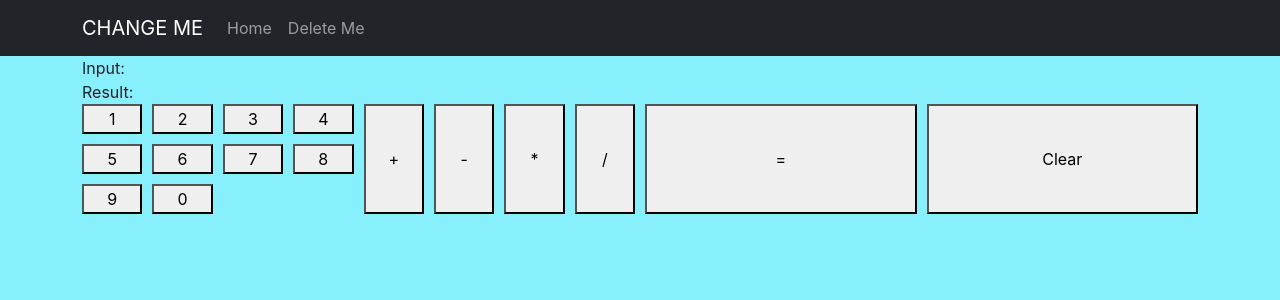
Repository: jgramirez0210/calculator-react
Page: /
An editor plug-in stored every save of this project. The page is shown before and after the next save, followed by the edit.
The browser window is 1280 px wide. The pictures show the whole page.
The project was rebuilt for these pictures with package versions that can differ from the ones it lists, and the page was loaded fresh each time. The framework's server and built-in components were replaced by stand-ins that run in the browser. Also part of the build but not shown: next.config.js.

Above is the page before, as saved 2024-01-09 20:24:13.

### pages/_app.js
/* eslint-disable react/prop-types */
import 'bootstrap/dist/css/bootstrap.min.css';
import NoAuth from '../components/NoAuth'; // TODO: COMMENT OUT FOR AUTH
import '../styles/globals.css';
// import { AuthProvider } from '../utils/context/authContext'; // TODO: COMMENT IN FOR AUTH
// import ViewDirectorBasedOnUserAuthStatus from '../utils/ViewDirector'; // TODO: COMMENT IN FOR AUTH

function MyApp({ Component, pageProps }) {
  return (
    <>
      <NoAuth
        component={Component}
        pageProps={pageProps}
      />

      {/* TODO: Delete NoAuth component above and comment in code below for authentication */}
      {/* <AuthProvider>
        <ViewDirectorBasedOnUserAuthStatus
          // if status is pending === loading
          // if status is logged in === view app
          // if status is logged out === sign in page
          component={Component}
          pageProps={pageProps}
        />
      </AuthProvider> */}
    </>
  );
}

export default MyApp;

### pages/index.js
import React, { useState } from 'react';
import { evaluate } from 'mathjs';

function Calculator() {
  const [input, setInput] = useState('');
  const [result, setResult] = useState(null);

  const handleDigit = (digit) => {
    setInput((prevInput) => prevInput + digit);
  };
  const handleOperation = (operation) => {
    setInput((prevInput) => prevInput + operation);
  };
  const calculateResult = () => {
    try {
      if (/[\d]$/.test(input)) {
        setResult(evaluate(input));
      } else {
        setResult('Error: Invalid expression');
      }
    } catch (error) {
      setResult('Error: Invalid expression');
    }
  };
  const handleClear = () => {
    setInput('');
    setResult(null);
  };
  return (
    <div>
      <div> Input: {input}</div>
      <div> Result: {result}</div>
      <div className="calculator-grid">
        <div className="calculator-numbers">
          {[1, 2, 3, 4, 5, 6, 7, 8, 9, 0].map((digit) => (
            <button type="button" className={`button-${digit}`} onClick={() => handleDigit(digit)}>{digit}</button>
          ))}
        </div>
        <div className="calculator-operators">
          {['+', '-', '*', '/'].map((operation) => (
            <button type="button" onClick={() => handleOperation(operation)}>{operation}</button>
          ))}
        </div>
        <button type="button" onClick={calculateResult}>=</button>
        <button type="button" onClick={handleClear}>Clear</button>
      </div>
    </div>
  );
}

export default Calculator;

### components/NoAuth.js
/* eslint-disable react/forbid-prop-types */
import React from 'react';
import PropTypes from 'prop-types';
import NoAuthNavBar from './NoAuthNavBar';

function NoAuth({ component: Component, pageProps }) {
  return (
    <>
      <NoAuthNavBar />
      <div className="container">
        <Component {...pageProps} />
      </div>
    </>
  );
}

NoAuth.propTypes = {
  component: PropTypes.func.isRequired,
  pageProps: PropTypes.oneOfType([PropTypes.object]).isRequired,
};

export default NoAuth;

### styles/globals.css
@import 'bootstrap/dist/css/bootstrap.css';

html,
body {
  padding: 0;
  margin: 0;
  font-family: -apple-system, BlinkMacSystemFont, Segoe UI, Roboto, Oxygen,
    Ubuntu, Cantarell, Fira Sans, Droid Sans, Helvetica Neue, sans-serif;
}

a {
  color: inherit;
  text-decoration: none;
}

* {
  box-sizing: border-box;
}

body {
  background-color: #88effd;
}

.calculator-grid {
  display: grid;
  grid-template-columns: repeat(4, 1fr);
  gap: 10px;
}
.calculator-numbers {
  display: grid;
  grid-template-columns: repeat(4, 1fr);
  gap: 10px;
}
.calculator-operators {
  display: grid;
  grid-template-columns: repeat(4, 1fr);
  gap: 10px;
}
/* .button-0 {
  background-color: #4caf50;
  border: none;
  color: white;
  text-align: center;
  display: inline-block;
  font-size: 16px;
  margin: 4px 2px;
  cursor: pointer;
  border-radius: 12px;
  padding: 15px 32px;
} */

.button:hover {
  background-color: #45a049;
}

### components/NoAuthNavBar.js
/* eslint-disable jsx-a11y/anchor-is-valid */
import React from 'react';
import Link from 'next/link';
import {
  Navbar, Container, Nav,
} from 'react-bootstrap';

export default function NoAuthNavBar() {
  return (
    <Navbar collapseOnSelect expand="lg" bg="dark" variant="dark">
      <Container>
        <Link passHref href="/">
          <Navbar.Brand>CHANGE ME</Navbar.Brand>
        </Link>
        <Navbar.Toggle aria-controls="responsive-navbar-nav" />
        <Navbar.Collapse id="responsive-navbar-nav">
          <Nav className="me-auto">
            {/* CLOSE NAVBAR ON LINK SELECTION: https://stackoverflow.com/questions/72813635/collapse-on-select-react-bootstrap-navbar-with-nextjs-not-working */}
            <Link passHref href="/">
              <Nav.Link>Home</Nav.Link>
            </Link>
            <Link passHref href="/delete-me">
              <Nav.Link>Delete Me</Nav.Link>
            </Link>
          </Nav>
        </Navbar.Collapse>
      </Container>
    </Navbar>
  );
}

After the next save:
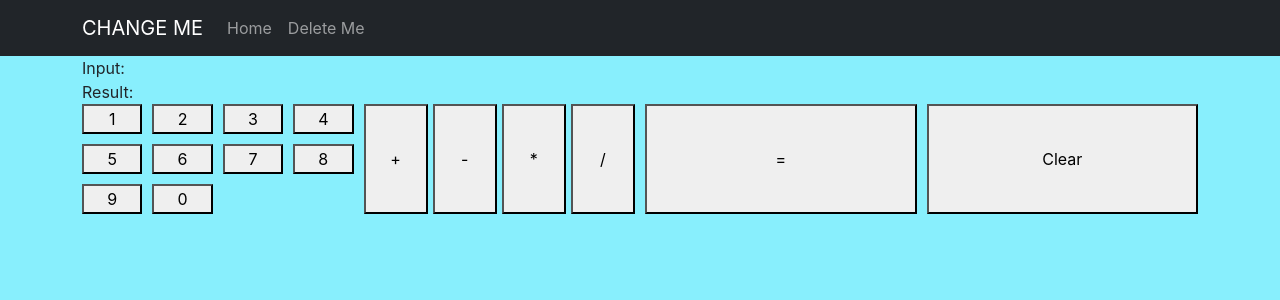
Saved 8 s later.
--- a/styles/globals.css
+++ b/styles/globals.css
@@ -34,7 +34,7 @@ body {
 .calculator-operators {
   display: grid;
   grid-template-columns: repeat(4, 1fr);
-  gap: 10px;
+  gap: 5px;
 }
 /* .button-0 {
   background-color: #4caf50;
